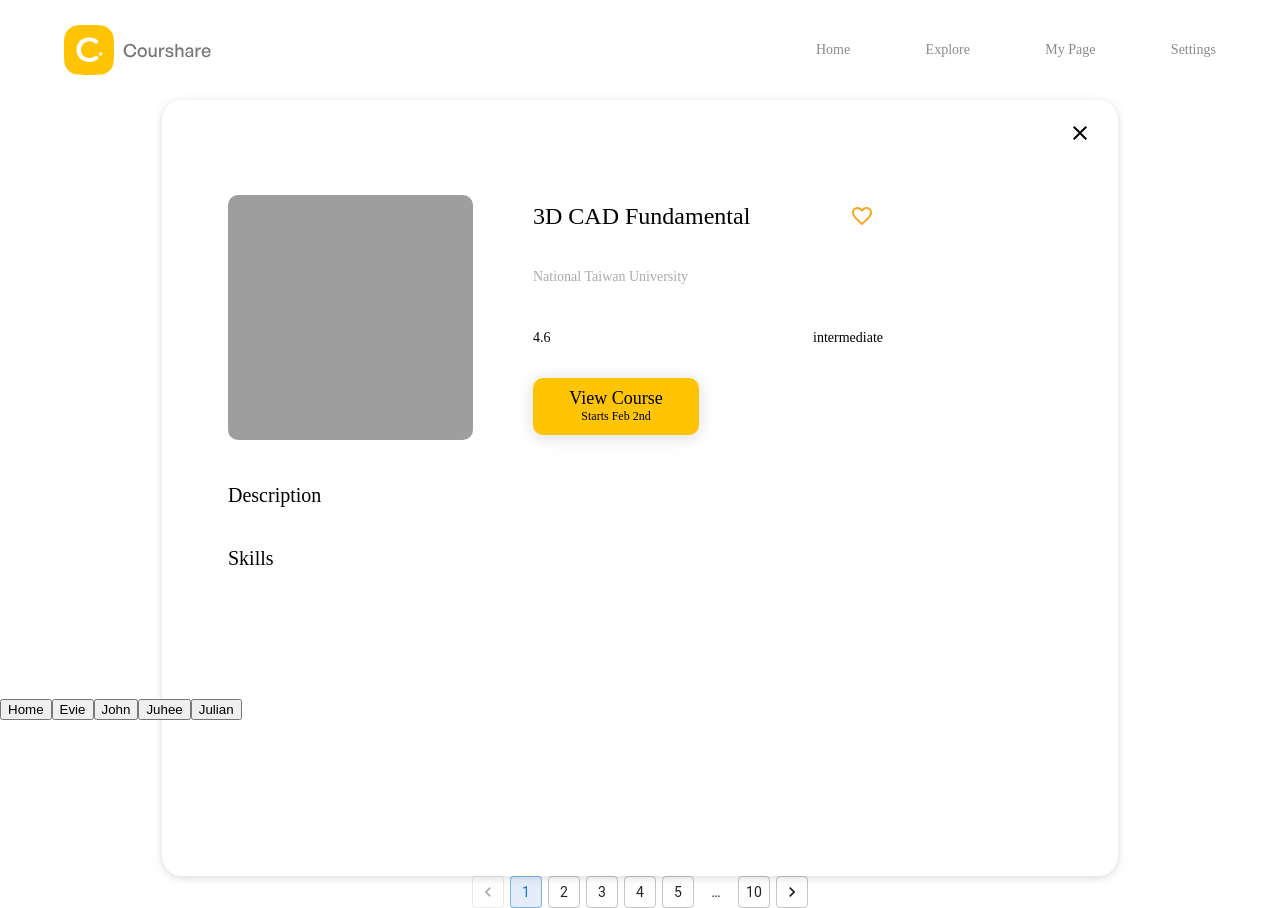
Repository: julianm09/courshare-app
Page: /comps/juhee
These files come from the project's save history. The page is drawn as it stood at one moment and after the next save; the edit follows.
The browser window is 1280 px wide. The pictures show the whole page.
Pictures or frames that could not be fetched are drawn as grey boxes. The project was rebuilt for these pictures with package versions that can differ from the ones it lists, and the page was loaded fresh each time. The framework's server and built-in components were replaced by stand-ins that run in the browser. Also part of the build but not shown: next.config.js.

Above is the page before, as saved 2022-02-07 15:25:57.

After the next save:
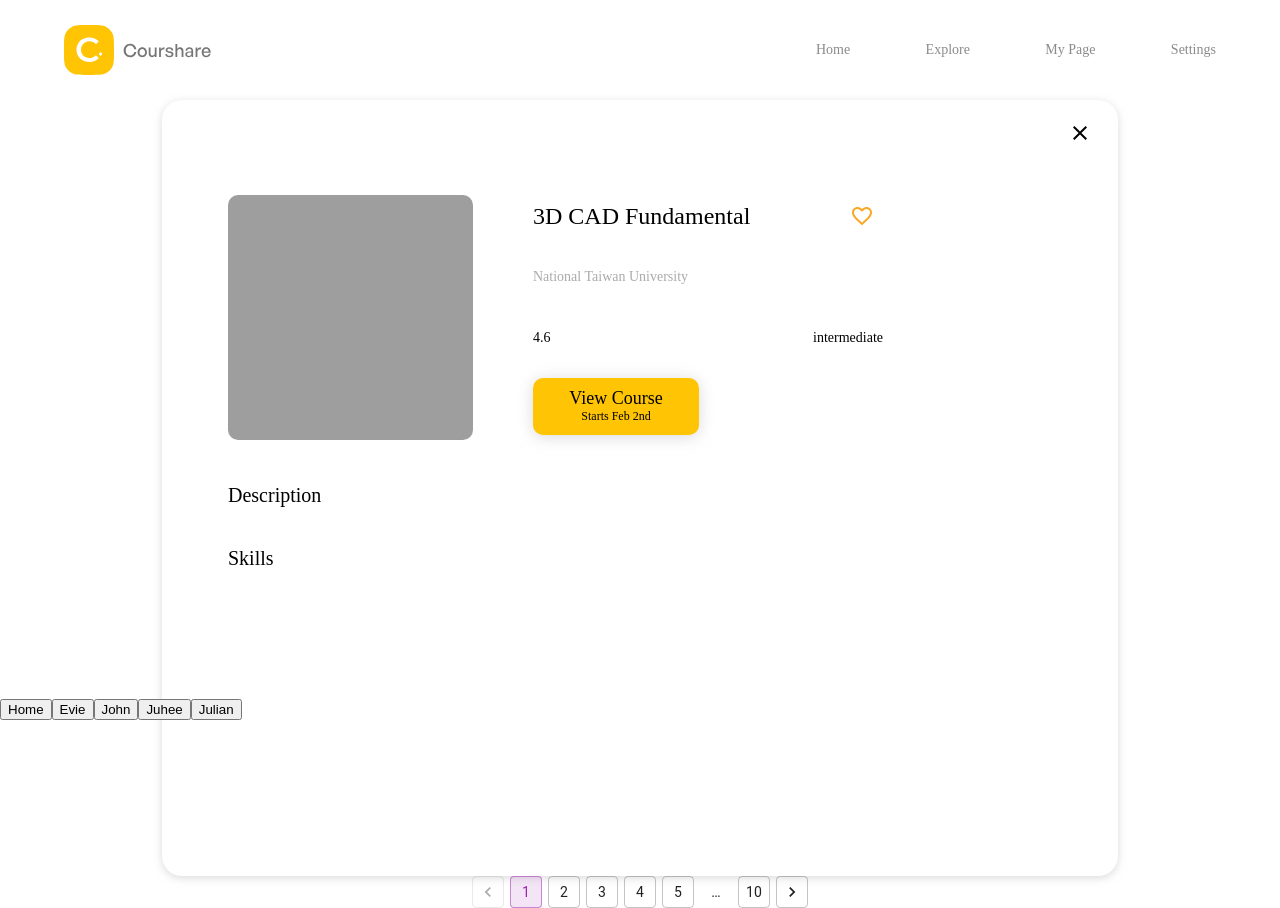
Saved 5 s later.
--- a/components/PageNavigation.js
+++ b/components/PageNavigation.js
@@ -13,7 +13,7 @@ export default function PageNavigation({}) {
         count={10}
         variant="outlined"
         shape="rounded"
-        color="primary"
+        color="secondary"
       />
     </Cont>
   );
